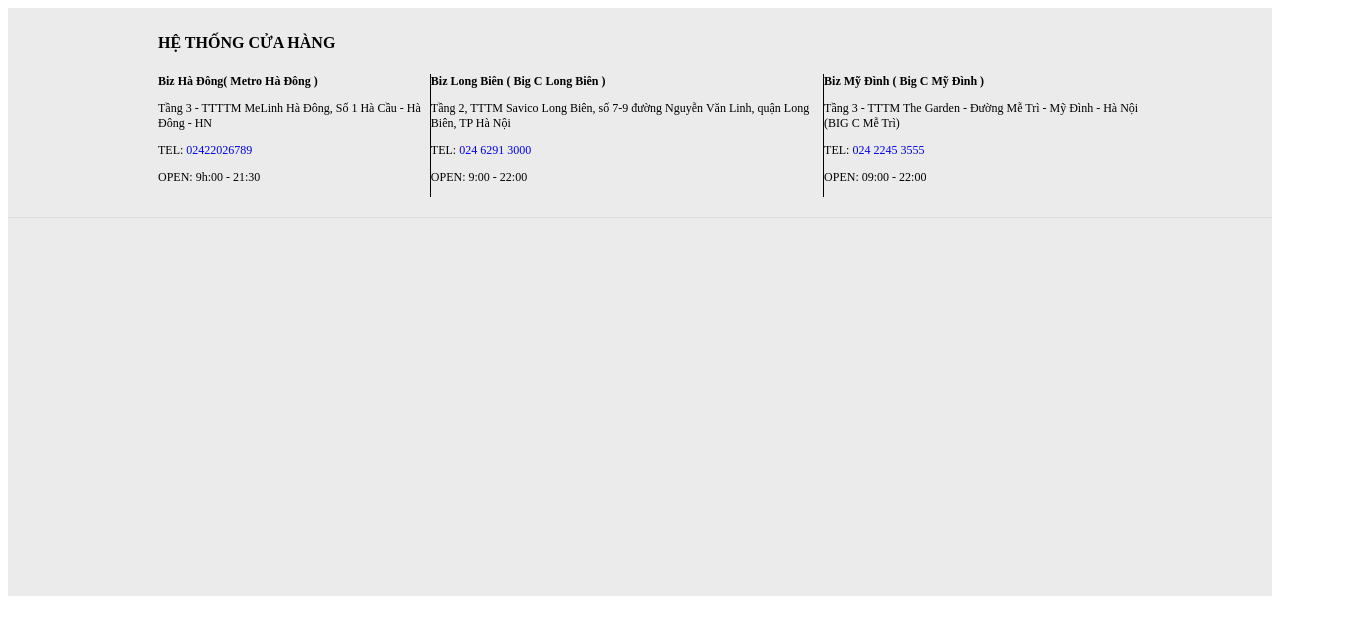
Repository: LongNguyen2504/T3H-FrondEnd
Page: lesson4_css_homework1.html
An editor plug-in stored every save of this project. The page is shown before and after the next save, followed by the edit.
The browser window is 1280 px wide. The page is 1358 px wide, so the pictures cover 1358 px, including what lies to the right of the window. The pictures show the whole page.

Above is the page before, as saved 2021-12-04 21:00:00.

### lesson4_css_homework1.html
<!DOCTYPE html>
<html lang="en">
<head>
    <meta charset="UTF-8">
    <meta http-equiv="X-UA-Compatible" content="IE=edge">
    <meta name="viewport" content="width=device-width, initial-scale=1.0">
    <title>Document</title>
    <link rel="stylesheet" href="lesson4_css_homework1.css">
</head>
<body>
    <div class="top-div ancestor-div">
        <div class="row1-div">
            <h4>HỆ THỐNG CỬA HÀNG</h4>
            <div class="row1-box-container">
                <div class="box1">
                    <strong>Biz Hà Đông( Metro Hà Đông )</strong>
                    <p>Tầng 3 - TTTTM MeLinh Hà Đông, Số 1 Hà Cầu - Hà Đông - HN</p>
                    <p>TEL: <a href="#1">02422026789</a></p>
                    <p>OPEN: 9h:00 - 21:30</p>
                </div>
                <div class="box2">
                    <strong>Biz Long Biên ( Big C Long Biên )</strong>
                    <p>Tầng 2, TTTM Savico Long Biên, số 7-9 đường Nguyễn Văn Linh, quận Long Biên, TP Hà Nội</p>
                    <p>TEL: <a href="#1">024 6291 3000</a></p>
                    <p>OPEN: 9:00 - 22:00</p>
                </div>
                <div class="box3">
                    <strong>Biz Mỹ Đình ( Big C Mỹ Đình )</strong>
                    <p>Tầng 3 - TTTM The Garden - Đường Mễ Trì - Mỹ Đình - Hà Nội (BIG C Mễ Trì)</p>
                    <p>TEL: <a href="#1">024 2245 3555</a></p>
                    <p>OPEN: 09:00 - 22:00</p>
                </div>
            </div>
        </div>
    </div>
    <div class="footer-div ancestor-div"></div>
</body>
</html>

### lesson4_css_homework1.css
*{
    box-sizing: border-box;
}
.ancestor-div{
    background-color: #ebebeb;
    justify-content: center;
    font-family: 'Times New Roman', Times, serif;

}
.top-div{
    width: 100%;
    height: 210px;
    border-bottom: 1px solid #dddddd;
    position: relative;

}

.footer-div{
    width: 100%;
    height: 378px;
    position: relative;
}
.row1-div{
    width: 1200px;
    height: 200px;
    position: absolute;
    top: 5px;
    left: 150px;
}
.row1-box-container{
    width: 1000px;
    display: flex;
    overflow: auto;

}
.box1{
    padding: auto;
    font-size: 12px;
    border-right: 1px solid black ;
}
.box2{
    padding: auto;
    font-size: 12px;
    border-right: 1px solid black ;
    /* position: relative;
    left: 10px; */
}
.box3{
    padding: auto;
    font-size: 12px;
    /* position: relative;
    left: 19px; */
}
a{
    text-decoration: none;

}

After the next save:
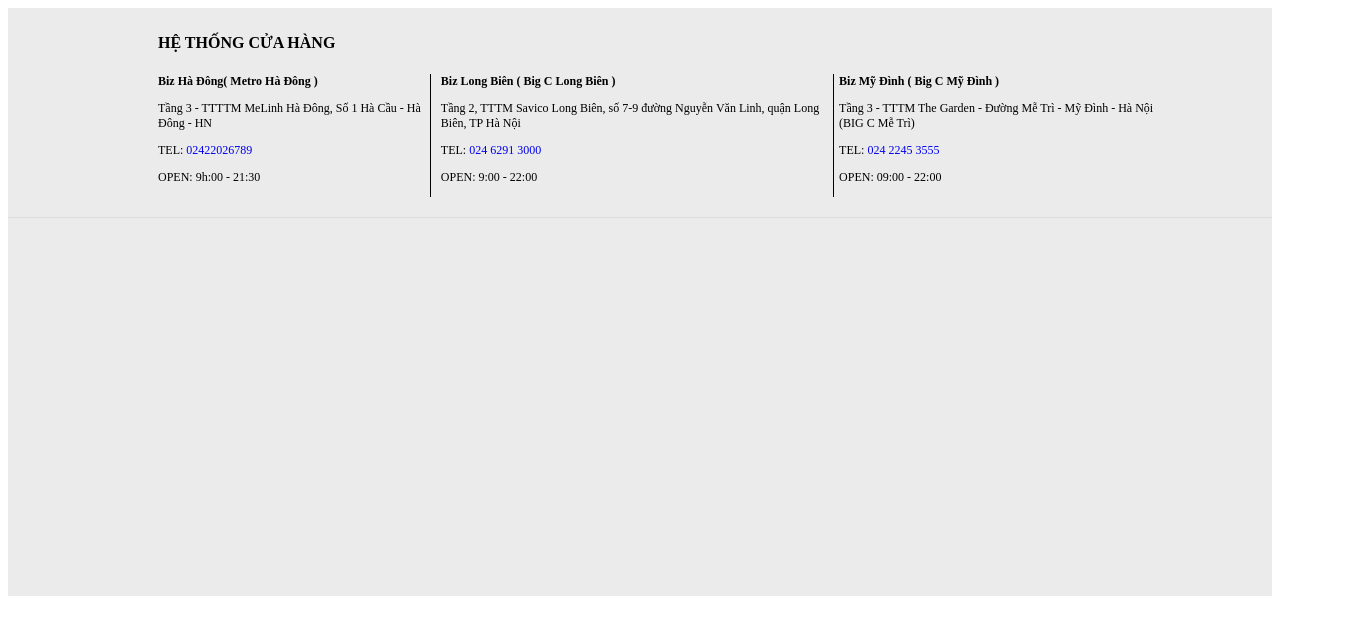
Saved 10 s later.
--- a/lesson4_css_homework1.css
+++ b/lesson4_css_homework1.css
@@ -42,14 +42,14 @@
     padding: auto;
     font-size: 12px;
     border-right: 1px solid black ;
-    /* position: relative;
-    left: 10px; */
+    position: relative;
+    left: 10px;
 }
 .box3{
     padding: auto;
     font-size: 12px;
-    /* position: relative;
-    left: 19px; */
+    position: relative;
+    left: 15px;
 }
 a{
     text-decoration: none;
